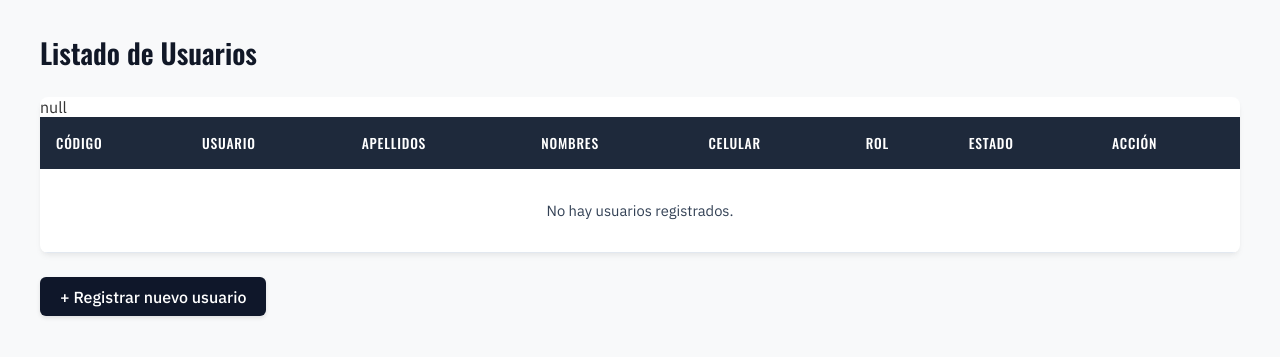
Repository: Santiago1748/ProyectoTallerAutos
Page: http://localhost/TallerMecanico/listUsuarios.jsp
The author's editor kept a copy of each file at every save. The page is drawn from the files as they stood at one save, then again after the next save.
The browser window is 1280 px wide. The pictures show the whole page.
The page is served by Tomcat 9. Other server files are loaded and not shown. The template is opened directly, without the code that normally fills it, so the values that code supplies are empty.

Above is the page before, as saved 2026-08-04 23:38:39.

### tallerdeAutos - copia/TallerMecanico/src/main/webapp/listUsuarios.jsp
<%@ page language="java" contentType="text/html; charset=UTF-8" pageEncoding="UTF-8"%>
<%@ page import="java.util.List" %>
<%@ page import="entidad.Usuario" %>
<!DOCTYPE html>
<html lang="es">
<head>
<meta charset="UTF-8">
<meta name="viewport" content="width=device-width, initial-scale=1.0">
<title>Taller Fortuna — Listado de Usuarios</title>
<link rel="preconnect" href="https://fonts.googleapis.com">
<link href="https://fonts.googleapis.com/css2?family=Oswald:wght@500;600;700&family=IBM+Plex+Sans:wght@400;500;600&family=IBM+Plex+Mono:wght@400;500&display=swap" rel="stylesheet">
<!-- Referencia a tu archivo CSS externo -->
<link rel="stylesheet" href="<%=request.getContextPath()%>/css/estilos_tablas.css">
</head>
<body>

<div class="list-container">
    <h2>Listado de Usuarios</h2>

    <% if(request.getAttribute("mensaje") != null){ %>
        <div class="alert-msg"><%= request.getAttribute("mensaje") %></div>
    <% } %>

    <div class="table-responsive-wrapper">
        <table>
            <thead>
                <tr>
                    <th>Código</th>
                    <th>Usuario</th>
                    <th>Apellidos</th>
                    <th>Nombres</th>
                    <th>Celular</th>
                    <th>Rol</th>
                    <th>Estado</th>
                    <th>Acción</th>
                </tr>
            </thead>
            <tbody>
                <%
                    List<Usuario> listado = (List<Usuario>) request.getAttribute("listado");


                //String listado2 = "Hola";
                	out.println(listado);

                    if(listado != null && !listado.isEmpty()){
                        for(Usuario u : listado){
                %>
                <tr>
                    <td><%= u.getCodigo() %></td>
                    <td><%= u.getUsuario() %></td>
                    <td><%= u.getApellidos() %></td>
                    <td><%= u.getNombres() %></td>
                    <td><%= u.getCelular() %></td>
                    <td><%= u.getId_rol() %></td>
                    <td>
                        <% if(u.isEstado()){ %>
                            <span class="badge-activo">Activo</span>
                        <% } else { %>
                            <span class="badge-inactivo">Inactivo</span>
                        <% } %>
                    </td>
                    <td>
                        <a class="btn-eliminar" href="UsuarioServlet?tipo=eliminar&id=<%= u.getId() %>"
                           onclick="return confirm('¿Seguro que deseas eliminar este usuario?');">Eliminar</a>
                    </td>
                </tr>
                <%
                        }
                    } else {
                %>
                <tr>
                    <td colspan="8" class="empty-row">No hay usuarios registrados.</td>
                </tr>
                <%
                    }
                %>
            </tbody>
        </table>
    </div>

    <a href="mantenUsuarios.jsp" class="btn-new">+ Registrar nuevo usuario</a>
</div>

</body>
</html>

### tallerdeAutos - copia/TallerMecanico/src/main/webapp/css/estilos_tablas.css
/* ==========================================================
   Estilos de Tablas y UI - Taller Fortuna
   ========================================================== */

body {
    background-color: #f8f9fa;
    font-family: 'IBM Plex Sans', sans-serif;
    color: #333333;
    margin: 0;
    padding: 0;
}

/* Contenedor principal */
.list-container {
    max-width: 1200px;
    margin: 2rem auto;
    padding: 0 1.5rem;
}

.list-container h2 {
    font-family: 'Oswald', sans-serif;
    color: #111827;
    margin-bottom: 1.5rem;
    font-weight: 600;
    font-size: 1.75rem;
}

/* Envoltorio responsivo para la tabla */
.table-responsive-wrapper {
    width: 100%;
    overflow-x: auto;
    background-color: #ffffff;
    border-radius: 0.5rem;
    box-shadow: 0 4px 6px -1px rgba(0, 0, 0, 0.05), 0 2px 4px -1px rgba(0, 0, 0, 0.03);
    margin-bottom: 1.5rem;
}

/* Estructura de la tabla */
.list-container table {
    width: 100%;
    border-collapse: collapse;
    text-align: left;
    white-space: nowrap;
}

/* Cabecera de la tabla */
.list-container th {
    background-color: #1e293b;
    color: #ffffff;
    font-family: 'Oswald', sans-serif;
    font-weight: 500;
    text-transform: uppercase;
    font-size: 0.85rem;
    letter-spacing: 0.8px;
    padding: 1rem;
}

/* Celdas de datos con divisiones limpias */
.list-container td {
    padding: 0.9rem 1rem;
    color: #334155;
    font-size: 0.92rem;
    border-bottom: 1px solid #e2e8f0;
    vertical-align: middle;
}

/* Fila vacía */
.empty-row {
    text-align: center;
    color: #64748b;
    padding: 2rem !important;
}

/* Efecto hover al pasar el cursor */
.list-container tbody tr:hover {
    background-color: #f1f5f9;
    transition: background-color 0.15s ease-in-out;
}

/* Mensajes de alerta */
.alert-msg {
    background-color: #e0f2fe;
    color: #0369a1;
    padding: 0.75rem 1rem;
    border-radius: 0.375rem;
    margin-bottom: 1.25rem;
    font-weight: 500;
    border-left: 4px solid #0284c7;
}

/* Estilos de Estados (Badges) */
.badge-activo {
    background-color: rgba(16, 185, 129, 0.12);
    color: #059669;
    padding: 0.3rem 0.65rem;
    border-radius: 0.3rem;
    font-weight: 600;
    font-size: 0.8rem;
}

.badge-inactivo {
    background-color: rgba(239, 68, 68, 0.12);
    color: #dc2626;
    padding: 0.3rem 0.65rem;
    border-radius: 0.3rem;
    font-weight: 600;
    font-size: 0.8rem;
}

/* Botones de acción */
.btn-eliminar {
    display: inline-block;
    background-color: transparent;
    color: #dc2626;
    border: 1px solid #fecaca;
    padding: 0.3rem 0.7rem;
    border-radius: 0.3rem;
    font-size: 0.85rem;
    font-weight: 500;
    text-decoration: none;
    transition: all 0.2s ease;
}

.btn-eliminar:hover {
    background-color: #dc2626;
    color: #ffffff;
    border-color: #dc2626;
}

.btn-new {
    display: inline-block;
    background-color: #0f172a;
    color: #ffffff;
    padding: 0.6rem 1.25rem;
    border-radius: 0.375rem;
    font-weight: 500;
    text-decoration: none;
    font-family: 'IBM Plex Sans', sans-serif;
    transition: background-color 0.2s ease;
    box-shadow: 0 2px 4px rgba(0,0,0,0.1);
}

.btn-new:hover {
    background-color: #334155;
    color: #ffffff;
}

After the next save:
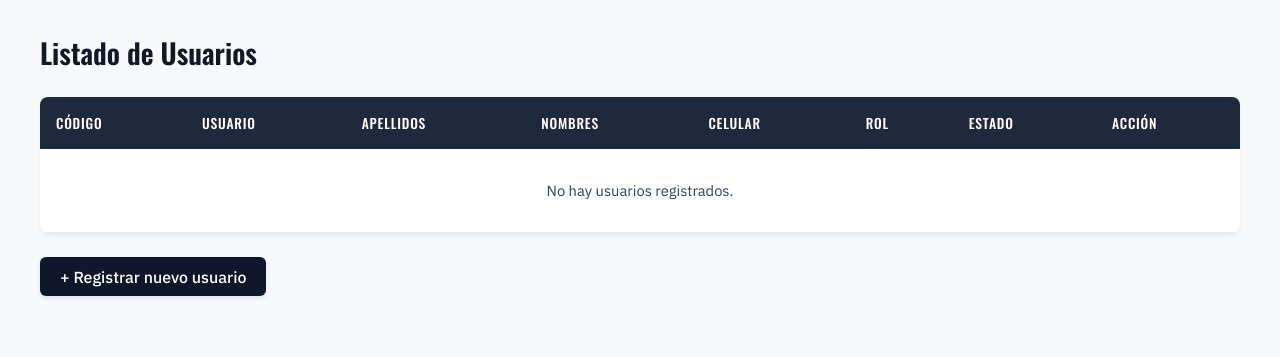
Saved 101 s later.
--- a/tallerdeAutos - copia/TallerMecanico/src/main/webapp/listUsuarios.jsp
+++ b/tallerdeAutos - copia/TallerMecanico/src/main/webapp/listUsuarios.jsp
@@ -41,7 +41,7 @@
 
 
                 //String listado2 = "Hola";
-                	out.println(listado);
+                	//out.println(listado);
 
                     if(listado != null && !listado.isEmpty()){
                         for(Usuario u : listado){
